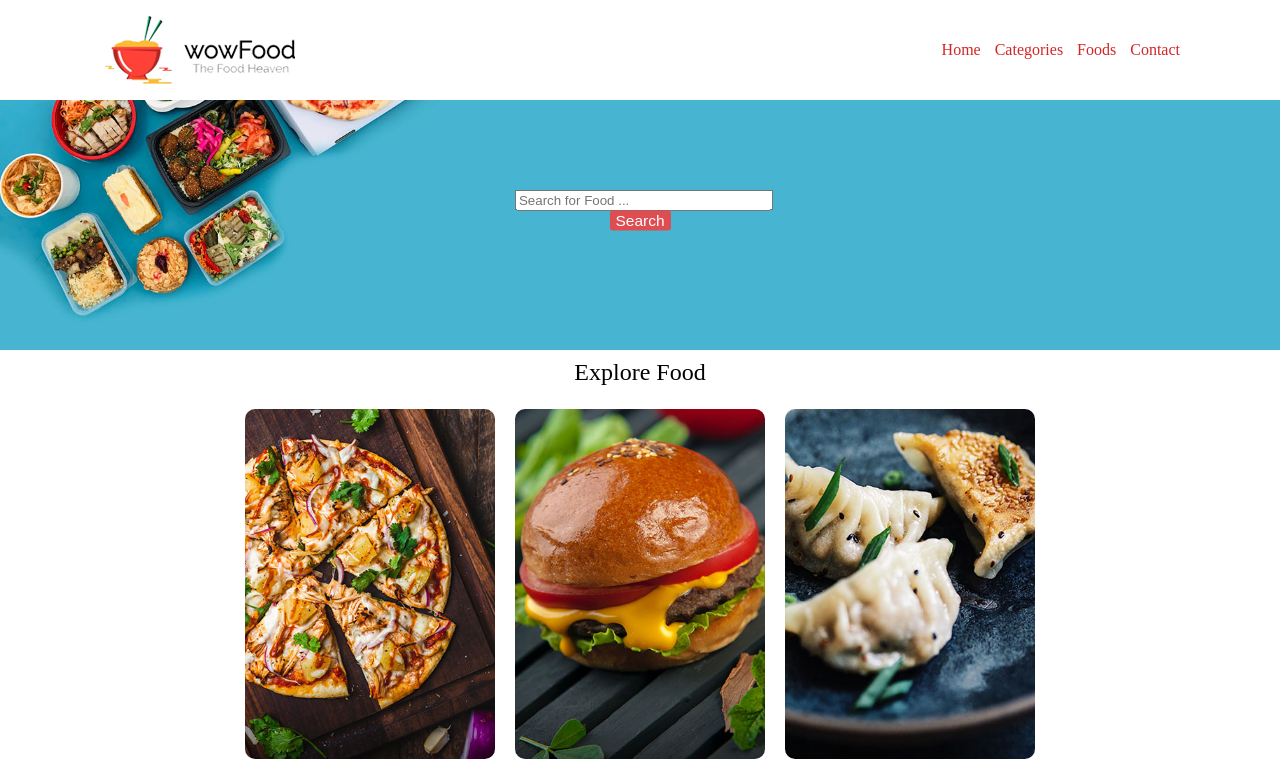
Repository: ruaruababa/WowFood
Page: index.html
These files come from the project's save history. The page is drawn as it stood at one moment and after the next save; the edit follows.
The browser window is 1280 px wide. The pictures show the whole page.

Above is the page before, as saved 2021-09-17 23:13:28.

### index.html
<!DOCTYPE html>
<html lang="en">

<head>
    <meta charset="UTF-8" />
    <meta http-equiv="X-UA-Compatible" content="IE=edge" />
    <meta name="viewport" content="width=device-width, initial-scale=1.0" />
    <title>Document</title>
    <link rel="stylesheet" href="./style.css" />
    <link rel="stylesheet" href="./reset.css" />
</head>

<body>
    <header>
        <div class="container-header">
            <div class="header-left">
                <img src="./img/logo.png" alt="" />
            </div>
            <div class="header-right">
                <ul class="nav">
                    <li class="item"><a href="">Home</a></li>
                    <li class="item"><a href="">Categories</a></li>
                    <li class="item"><a href="">Foods</a></li>
                    <li class="item"><a href="">Contact</a></li>
                </ul>
            </div>
        </div>
    </header>
    <nav>
        <div class="container-nav">
            <div class="background-search">
                <img src="./img/bg.jpg" alt="bgr-search" />
            </div>
            <div class="form">
                <input type="text" placeholder="Search for Food ..." class="input-search" />
                <input type="button" value="Search" class="btn-search" />
            </div>
        </div>
    </nav>
    <section>
        <div class="container-section">
            <div class="explore-food">Explore Food</div>
            <div class="collection-food">
                <ul class="list-food">
                    <li class="item"><img src="./img/pizza.jpg" alt="" /></li>
                    <li class="item"><img src="./img/burger.jpg" alt="" /></li>
                    <li class="item"><img src="./img/momo.jpg" alt="" /></li>
                </ul>
            </div>
        </div>
    </section>
</body>

</html>

### style.css
.container-header{
    display: flex;
    justify-content: space-between;
    align-items: center;
    margin-top: 15px;
}
.header-left{
    display: flex;
    margin-left: 100px;
}
.header-left img {
}
.name-brand{
    margin-top: 50%;
}

.header-right{
    margin-right: 100px;
}
.nav{
    list-style: none;
}
.nav li{
    display: inline;
    padding-left: 10px;
}
.nav li a {
    text-decoration: none;
    color: rgb(211, 38, 38);
}
nav{
    position: relative;
    max-width: 100%;
    max-height: 100%;
    height: 250px;
}
.container-nav {
    text-align: center;
}
.background-search {
    height: 250px;
}
.background-search img{
    margin-top: 15px;
    height: inherit;
    width: 100%;
    object-fit: cover;
}
.form{
    position: absolute;
    top: 50%;
    left: 50%;
    transform: translate(-50%, -50%);
}
.input-search{
    width: 100%;
}
.btn-search{
    background-color: rgba(250, 59, 59, 0.849);
    border: none;
    border-radius: 3px;
    font-size: 15.5px;
    color: white;
}
.list-food{
    display: flex;
    justify-content: center;
    column-gap: 20px;
}
.explore-food{
    font-size: 24px;
    text-align: center;
    padding: 25px 0;
}
.list-food li {
    width: 250px;
    height: 350px;
}

.list-food li img {
    width: 100%;
    height: 100%;
    object-fit: cover;
    border-radius: 10px;
}

Loaded but not shown: reset.css (common file)

After the next save:
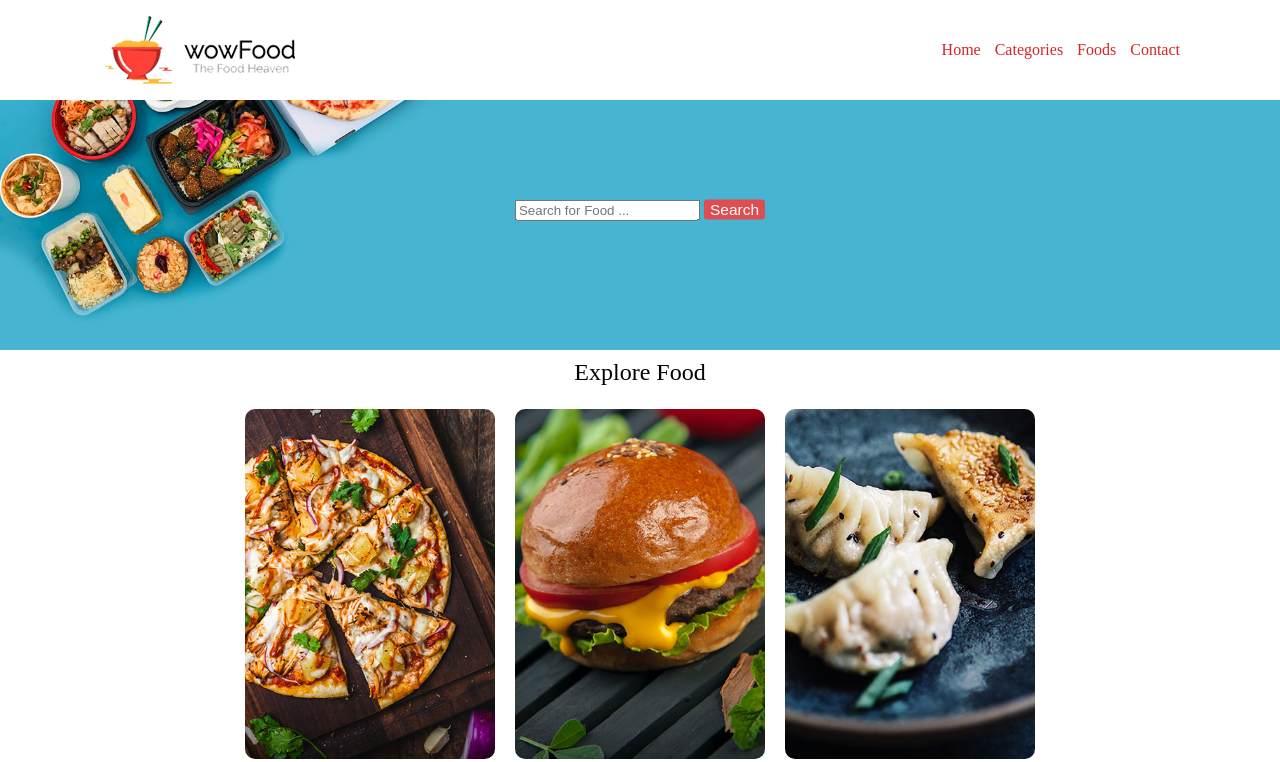
Saved 6 s later.
--- a/style.css
+++ b/style.css
@@ -53,7 +53,6 @@ nav{
     transform: translate(-50%, -50%);
 }
 .input-search{
-    width: 100%;
 }
 .btn-search{
     background-color: rgba(250, 59, 59, 0.849);
